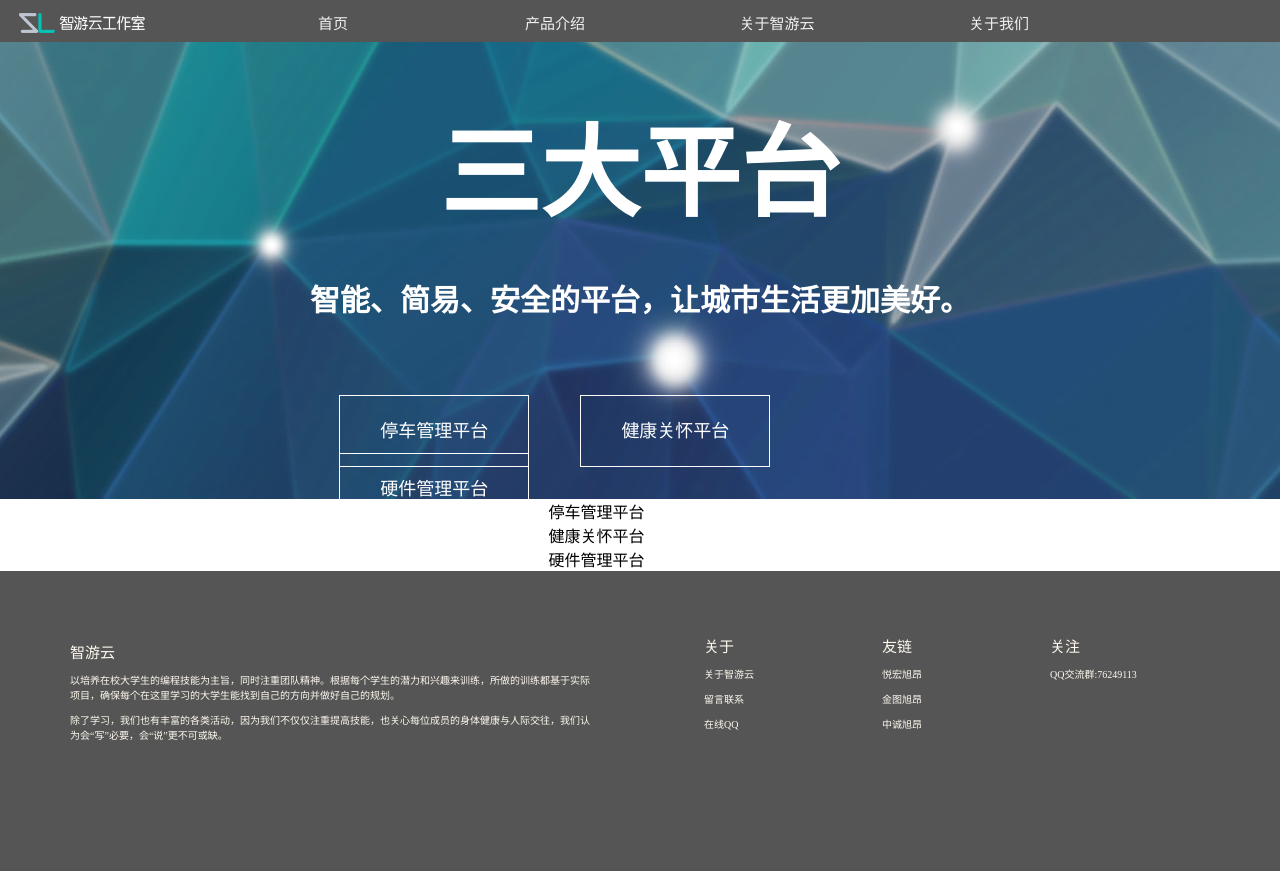
Repository: dakai1234/webTest
Page: 智游云1/product/product.html
An editor plug-in stored every save of this project. The page is shown before and after the next save, followed by the edit.
The browser window is 1280 px wide. The pictures show the whole page.

Above is the page before, as saved 2021-04-11 21:50:39.

### 智游云1/product/product.html
<!DOCTYPE html>
<html lang="en">

<head>
    <meta charset="UTF-8">
    <meta http-equiv="X-UA-Compatible" content="IE=edge">
    <meta name="viewport" content="width=device-width, initial-scale=1.0">
    <link rel="stylesheet" href="../headerCss/header.css">
    <link rel="stylesheet" href="../footerCss/footer.css">
    <link rel="stylesheet" href="product.css">
    <title>产品介绍</title>
</head>

<body>
    <div class="header">
        <a href="images/logo.png"><img class="logo_img" src="../about/images/logo.png"></a>
        <a href="../index/index.html"> 首页 </a>
        <a href="product.html"> 产品介绍 </a>
        <a href="../about/about.html"> 关于智游云 </a>
        <a href="#"> 关于我们 </a>
    </div>

    <div class="billboard">
        <h1>三大平台</h1>
        <h2>智能、简易、安全的平台，让城市生活更加美好。</h2>
        <div class="platform">
            <div class="platform_content">
                <a href="#">停车管理平台</a>
            </div>
            <div class="platform_content">
                <a href="#">健康关怀平台</a>
            </div>
            <div class="platform_content">
                <a href="#">硬件管理平台</a>
            </div>
        </div>
    </div>

    <div class="main">
        <div class="main_title">
            <p>停车管理平台</p>
            <p>健康关怀平台</p>
            <p>硬件管理平台</p>
        </div>
    </div>
    <div class="footer">
        <div class="footer_inner">
            <div class="text">
                <span>智游云</span>
                <p>
                    以培养在校大学生的编程技能为主旨，同时注重团队精神。根据每个学生的潜力和兴趣来训练，所做的训练都基于实际项目，确保每个在这里学习的大学生能找到自己的方向并做好自己的规划。
                </p>
                <p>
                    除了学习，我们也有丰富的各类活动，因为我们不仅仅注重提高技能，也关心每位成员的身体健康与人际交往，我们认为会“写”必要，会“说”更不可或缺。
                </p>
            </div>
        </div>
        <div class="footer_inner">
            <div class="text_intro">
                <span>关于</span>
                <p>关于智游云</p>
                <p>留言联系</p>
                <p>在线QQ</p>
            </div>
            <div class="text_intro">
                <span>友链</span>
                <p>悦宏旭昂</p>
                <p>金图旭昂</p>
                <p>中诚旭昂</p>
            </div>
            <div class="text_intro">
                <span>关注</span>
                <p>QQ交流群:76249113</p>
            </div>

        </div>
    </div>
</body>

</html>

### 智游云1/headerCss/header.css
* {
    margin: 0;
    padding: 0;
}

.header {
    margin: 0 auto;
    background-color: #555;
    width: 100%;
    overflow: auto;
    position: fixed;
    top: 0;
}

.header a {
    float: left;
    width: 15%;
    color: #f2f2f2;
    text-align: center;
    padding: 12px 15px 8px 15px;
    text-decoration: none;
    font-size: 15px;
}

.header a:hover {
    color: #333;
}

.header a:active {
    color: #333;
}

.logo_img {
    float: left;
    width: 70%;
}

### 智游云1/footerCss/footer.css
.footer {
    margin: 40px 0px 0px 0px;
    height: 300px;
    width: 100%;
    background-color: #555;
    overflow: auto;
}

.footer_inner {
    width: 50%;
    float: left;
}

.text {
    margin: 50px;
    padding: 20px 0px 50px 20px;
    text-align: left;
    font-size: 10px;
    color: floralwhite;
    font-weight: lighter;
}

.text span {
    font-size: 15px;
    color: floralwhite;
    margin-bottom: 10px;
}

.text p {
    margin-top: 10px;
}

.text_intro {
    padding: 10% 10%;
    font-size: 10px;
    margin-bottom: 10px;
    color: floralwhite;
    font-weight: lighter;
    float: left;
}

.text_intro span {
    font-size: 15px;
}

.text_intro p {
    margin-top: 10px;
}

.text_intro p:hover {
    color: #000;
}

### 智游云1/product/product.css
.billboard {
    margin-top: -2%;
    text-align: center;
    width: 100%;
    height: 486px;
    z-index: 1;
    background: #34576D url(images/bigpicbg.jpg) no-repeat center top;
}

.billboard h1 {
    color: #fff;
    padding-top: 80px;
    margin: 3%;
    font-size: 100px;
}

.billboard h2 {
    font-size: 30px;
    color: #fff;
}

.platform {
    width: 50%;
    margin: 5% 25% 5% 24%;
}

.platform_content {
    margin: 5% 3% 0% 5%;
    float: left;
}

.platform_content a {
    border: solid 1px #fff;
    color: #fff;
    padding: 25px 40px;
    font-size: 18px;
    text-decoration: none;
}

.platform_content a:hover {
    box-shadow: 0.25px 0.25px 2px 2px #f1f1f1 inset;
}

.main {
    background-color: aliceblue;
}

.main_title {
    float: left;
}

After the next save:
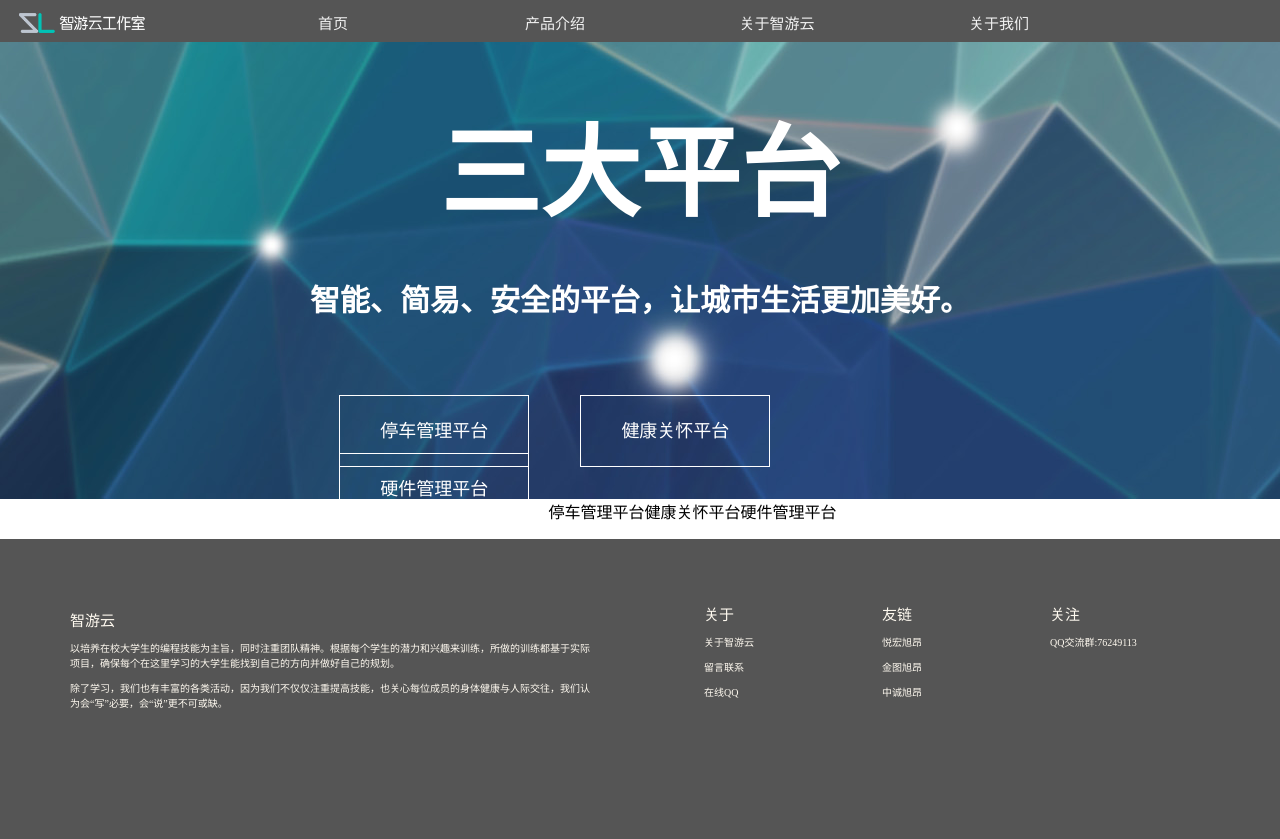
Saved 21 s later.
--- a/智游云1/product/product.css
+++ b/智游云1/product/product.css
@@ -45,6 +45,6 @@
     background-color: aliceblue;
 }
 
-.main_title {
+.main_title p {
     float: left;
 }
